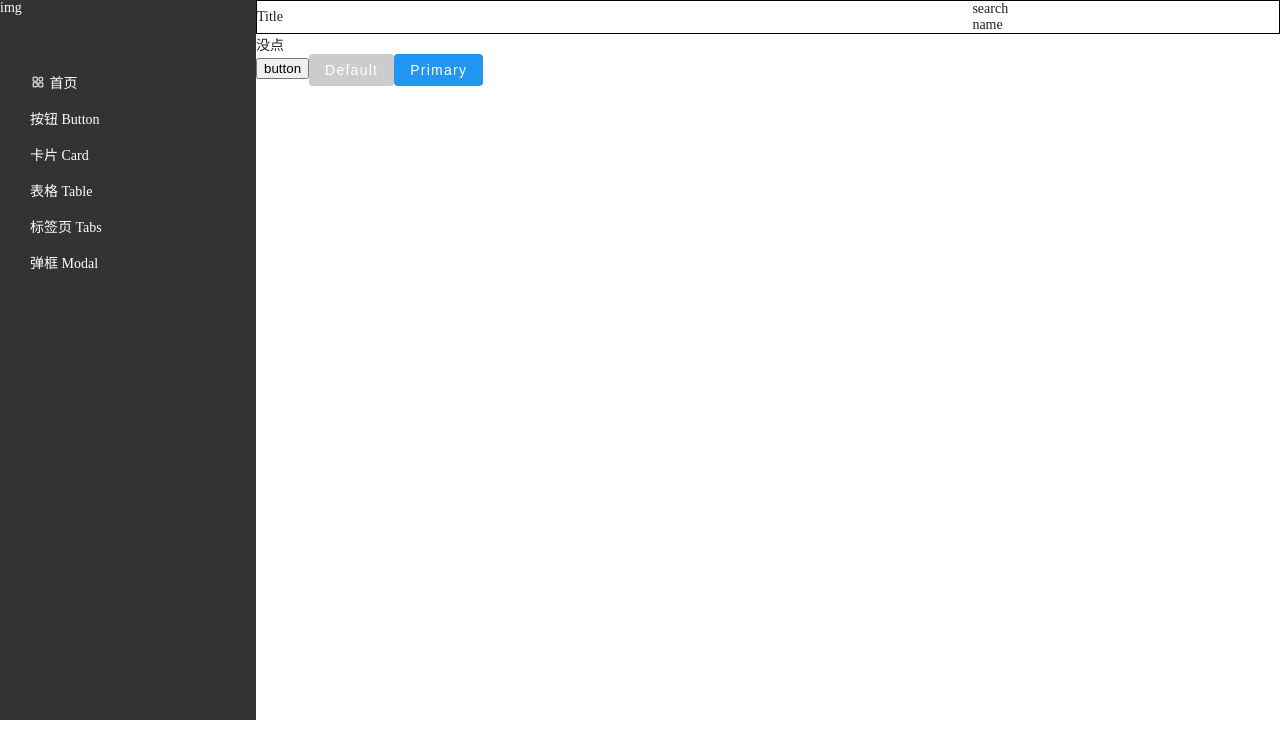
Repository: wyhsunflower/koalaUI
Page: /
These files come from the project's save history. The page is drawn as it stood at one moment and after the next save; the edit follows.
The browser window is 1280 px wide. The pictures show the whole page.
The project was rebuilt for these pictures with package versions that can differ from the ones it lists, and the page was loaded fresh each time. Also part of the build but not shown: webpack.config.js, src/components/Modal/Modal.vue. Imported but missing from the stored project, and not drawn on this page: src/views/go/go2.vue.

Above is the page before, as saved 2020-03-12 22:05:24.

### index.html
<!DOCTYPE html>
<html lang="en">
<head>
    <meta charset="UTF-8">
    <title>koala's UI</title>
</head>
<body>
<div id="app"></div>
</body>
</html>

### src/index.js
import Vue from 'vue';
import App from './app';
import './components/components.js'
import './styles/global.scss';
import './styles/iconfont/icon.scss'
import router from './router/route';


new Vue({
    router,
    render(h) {
        return h(App);
    }
}).$mount('#app');

### src/app.vue
<template>
    <div id="app" class="container">
        <SideBar></SideBar>
        <div class="right">
            <Header></Header>
            <div class="main">
                <transition>
                 <router-view></router-view>
                </transition>
            </div>
        </div>
    </div>
</template>
<script>
    import SideBar from './SideBar';
    import Header from './Header';
    export default {
        name: "app",
        components:{
            SideBar,
            Header
        },
    }
</script>

<style lang="scss" scoped>
    @import "styles/global";
    .container{
        width: 100%;
        display: flex;
        flex-flow: row nowrap;
        height: 100%;
    }
    .right{
        width: 80%;
        height: 100%;
    }
        .main{
            width: 100%;
            height: 100%;
        }
</style>

### src/components/components.js
import Vue from 'vue'
import Button from './Button/Button';
import Modal from './Modal/Modal';

Vue.component('Button',Button);
Vue.component('Modal',Modal);

### src/styles/global.scss
$font-color: rgba(0,0,0, 0.87);
$color-btn-default:#ccc;
$color-btn-primary:#2196f3;
* {
    box-sizing: border-box;
}
html, body {
    margin: 0;
    padding: 0;
}
html{
    width: 100%;
    height: 100%;
    outline: none;
}
body {
    color: $font-color;
    font-size: 14px;
    height: 100%;
    width: 100%;
}
.koala-button{

    -moz-osx-font-smoothing: grayscale;
    -webkit-font-smoothing: antialiased;
    font-size: .875rem;
    line-height: 2.25rem;
    font-weight: 500;
    letter-spacing: .0892857143em;
    text-decoration: none;
    padding: 0 8px 0 8px;
    display: inline-flex;
    position: relative;
    align-items: center;
    justify-content: center;
    box-sizing: border-box;
    min-width: 64px;
    border: none;
    outline: none;
    line-height: 1;
    -webkit-user-select: none;
    -moz-user-select: none;
    -ms-user-select: none;
    user-select: none;
    -webkit-appearance: none;
    overflow: visible;
    vertical-align: middle;
    border-radius: 4px;

    padding: 0 16px 0 16px;
    min-width: 4.5rem;
    color: #fff;
    height: 2.25em;
}

### src/styles/iconfont/icon.scss
@font-face {font-family: "iconfont";
  src: url('./iconfont.eot?t=1575969178796'); /* IE9 */
  src: url('./iconfont.eot?t=1575969178796#iefix') format('embedded-opentype'), /* IE6-IE8 */
       url('./iconfont.woff?t=1575969178796') format('woff'),
       url('./iconfont.ttf?t=1575969178796') format('truetype'), /* chrome, firefox, opera, Safari, Android, iOS 4.2+ */
       url('./iconfont.svg?t=1575969178796#iconfont') format('svg'); /* iOS 4.1- */
}
.iconfont {
  font-family: "iconfont" !important;
  font-size: 16px;
  font-style: normal;
  -webkit-font-smoothing: antialiased;
  -moz-osx-font-smoothing: grayscale;
}
.icon-all:before {
  content: "\e6ef";
}

### src/router/route.js
import Router from 'vue-router';
import Vue from 'vue';
//import Home from '../app';
//import Button from '../components/Button/Button';
import Home from '../views/home';


const routerListDir=[];

function importAllRouter(r) {
    r.keys().forEach(
        (key)=>routerListDir.push(r(key).default)
    )
}

importAllRouter(require.context('../router',true,/\.router\.js/));
Vue.use(Router);
console.log(routerListDir);

export default new Router({
    routes: [
        ...routerListDir,
        { path: '/',component:Home},
        //{ path: '/button',component:Button},
    ]
});

### src/SideBar.vue
<template>
    <div class="side">
        <div class="top">
            <div>img</div>
            <!--<img src="./static/img/logo.jpg">-->
        </div>
        <ul class="side-list">
            <li v-for="x of lists">
                <i class="iconfont" :class="x.icon"></i>
                {{x.name}}
            </li>
        </ul>
    </div>
</template>

<script>
    export default {
        name: "SideBar",
        data(){
            return{
                lists:[
                    {
                        name:'首页',
                        icon:'icon-all',
                    },
                    {
                        name:'按钮 Button',
                        icon:'button',
                    },
                    {
                        name:'卡片 Card',
                        icon:'card',
                    },
                    {
                        name:'表格 Table',
                        icon:'table',
                    },
                    {
                        name:'标签页 Tabs',
                        icon:'tabs',
                    },
                    {
                        name:'弹框 Modal',
                        icon:'modal',
                    },
                ],
            }
        },
    }
</script>

<style lang="scss" scoped>
    .side {
        max-width: 300px;
        width: 20%;
        background: rgba(0,0,0,.8);
        height: 100%;
        color: #fff;
    }
    .top {
        height: 50px;
    }
    ul{
        list-style: none;
        padding: 0;
    }
    li{
        padding: 8px 30px;
        &:hover{background: rgba(0,0,0,.2);}
    }
</style>

### src/Header.vue
<template>
    <div class="header">
        <div class="title">Title</div>
        <div class="right">
            <div class="search">search</div>
            <div class="config">name</div>
        </div>
    </div>
</template>

<script>
    export default {
        name: "Header"
    }
</script>

<style lang="scss" scoped>
    .header{
        width: 100%;
        display: flex;
        justify-content: space-between;
        align-items: center;
        border: 1px solid #000;
    }
    .title{
        width: 60%;
    }
    .right{
        width: 30%;
    }
</style>

### src/components/Button/Button.vue
<template>
    <component
            class="koala-button"
            :class="buttonType"
            is="button"
            @click="onClick"
    >
        <slot></slot>
    </component>
</template>

<script>
    //type color icon
    export default {
        name: "Button",
        props:['self','type','color'],
        data(){
            return{
            }
        },
        components:{

        },
        computed:{
            buttonType(){
                return `koala-button-${this.type}`
            },
        },
        methods:{
            onClick(e){
                this.$emit('click', e);
            }
        },
        mounted(){
        },
    }
</script>

<style lang="scss" scoped >
    @import "../../styles/global.scss";
// .koala-button{
//     background-color:#ccc;
//     min-width: 4.5rem;
//     border-radius: .25rem;
//     color: #fff;
//     font-size: .875rem;
//     font-weight: 300;
//     box-sizing: border-box;
//     position: relative;
//     -webkit-user-select: none;
//     -moz-user-select: none;
//     -ms-user-select: none;
//     user-select: none;
//     cursor: pointer;
//     outline: none;
//     border: none;
//     -webkit-tap-highlight-color: transparent;
//     display: inline-block;
//     white-space: nowrap;
//     text-decoration: none;
//     vertical-align: baseline;
//     text-align: center;
//     margin: 0;
//     min-width: 64px;
//     line-height: 36px;
//     padding: 0 16px;
//     border-radius: 4px;
//     overflow: visible;
//     transform: translate3d(0, 0, 0);
//     transition: background 400ms cubic-bezier(0.25, 0.8, 0.25, 1),box-shadow 280ms cubic-bezier(0.4, 0, 0.2, 1);
// }
    .koala-button-default{
        background-color:$color-btn-default;
    }
    .koala-button-primary{
        background-color:$color-btn-primary;
    }
</style>

### src/views/home.vue
<template>
    <div class="main-container">
        <div>{{message}}</div>
        <button @click="showModal">button</button>
        <Modal v-if="modal" :self="this" :confirmCallback="confirmWay" :cancelCallback="cancelWay">
            <div>Modal组件</div>
            <div>Modal组件</div>
            <div>Modal组件</div>
            <div>Modal组件</div>
            <div>Modal组件</div>
            <div>Modal组件</div>
        </Modal>
        <Button @click="clicked('default')" type="default">Default</Button>
        <Button @click="clicked('primary')" type="primary">Primary</Button>
    </div>
</template>

<script>
    // import Modal from '../components/Modal/Modal.vue'
    // import Button from '../components/Button/Button.vue'
    export default {
        name: "home",
        data(){
            return{
                modal:false,
                message:'没点'
            }
        },
        // components:{
        //     Button
        // },
        methods:{
            showModal(){
                this.modal = true
            },
            confirmWay(){
                this.message = '确定'
            },
            cancelWay(){
                this.message = '取消了'
            },
            clicked(name){
                alert(name)
            },
        },
    }
</script>

<style scoped>

</style>

### src/router/button.router.js
import Button from '../components/Button/Button';
export default {
    path: '/button',
    name: 'button',
    component:Button,
    children:[]
}

### src/router/modal.router.js
import Modal from '../components/Modal/Modal';
export default {
    path: '/modal',
    name: 'modal',
    component:Modal,
}

### src/router/sample.router.js
import Sample from '../views/go/go2.vue';
export default {
    path: '/sample',
    name: 'sample',
    component:Sample,
}

After the next save:
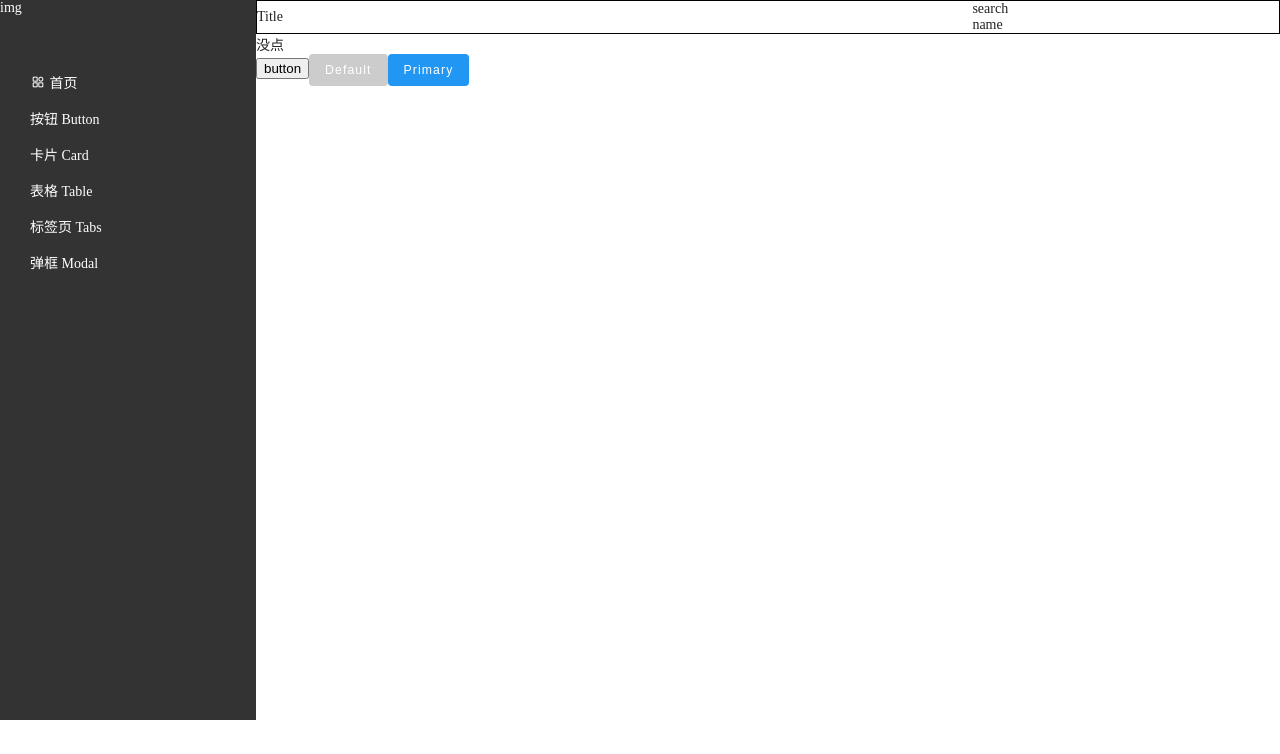
Saved 104 s later.
--- a/src/styles/global.scss
+++ b/src/styles/global.scss
@@ -7,11 +7,13 @@ $color-btn-primary:#2196f3;
 html, body {
     margin: 0;
     padding: 0;
+    font-size: 14px;
 }
 html{
     width: 100%;
     height: 100%;
     outline: none;
+    font-size: 14px;
 }
 body {
     color: $font-color;
@@ -50,5 +52,5 @@ body {
     padding: 0 16px 0 16px;
     min-width: 4.5rem;
     color: #fff;
-    height: 2.25em;
+    height: 2.572em;
 }
